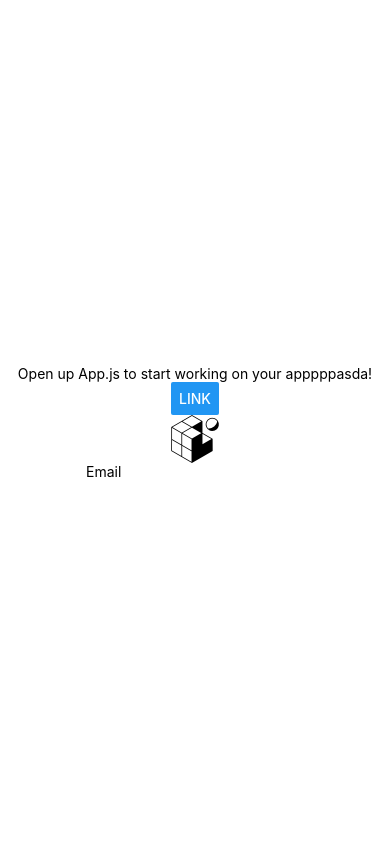
Repository: ntu34543/ReactNativeAndroid
Screen: /
These files come from the project's save history. The screen is drawn as it stood at one moment and after the next save; the edit follows.
The app was drawn by React Native's web renderer in a window 390 px wide. The project was rebuilt for these pictures with package versions that can differ from the ones it lists, and the page was loaded fresh each time.

Above is the screen before, as saved 2022-09-23 16:21:43.

After the next save:
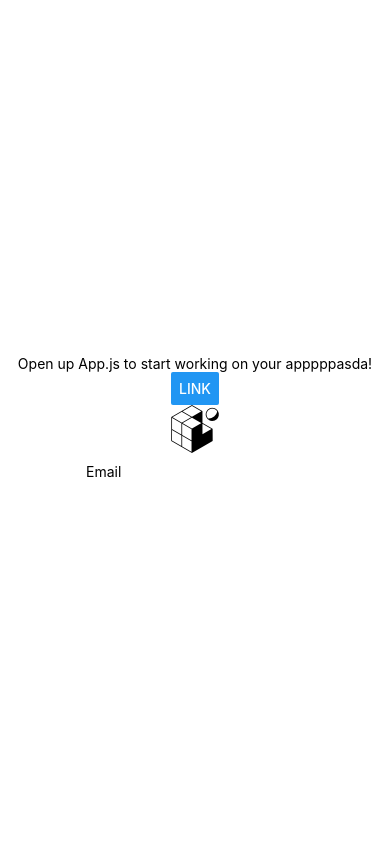
Saved 9 s later.
--- a/App.js
+++ b/App.js
@@ -20,5 +20,7 @@ const styles = StyleSheet.create({
     alignItems: 'center',
     justifyContent: 'center',
   },
-  TextInput: {},
+  TextInput: {
+    padding: 10,
+  },
 });
